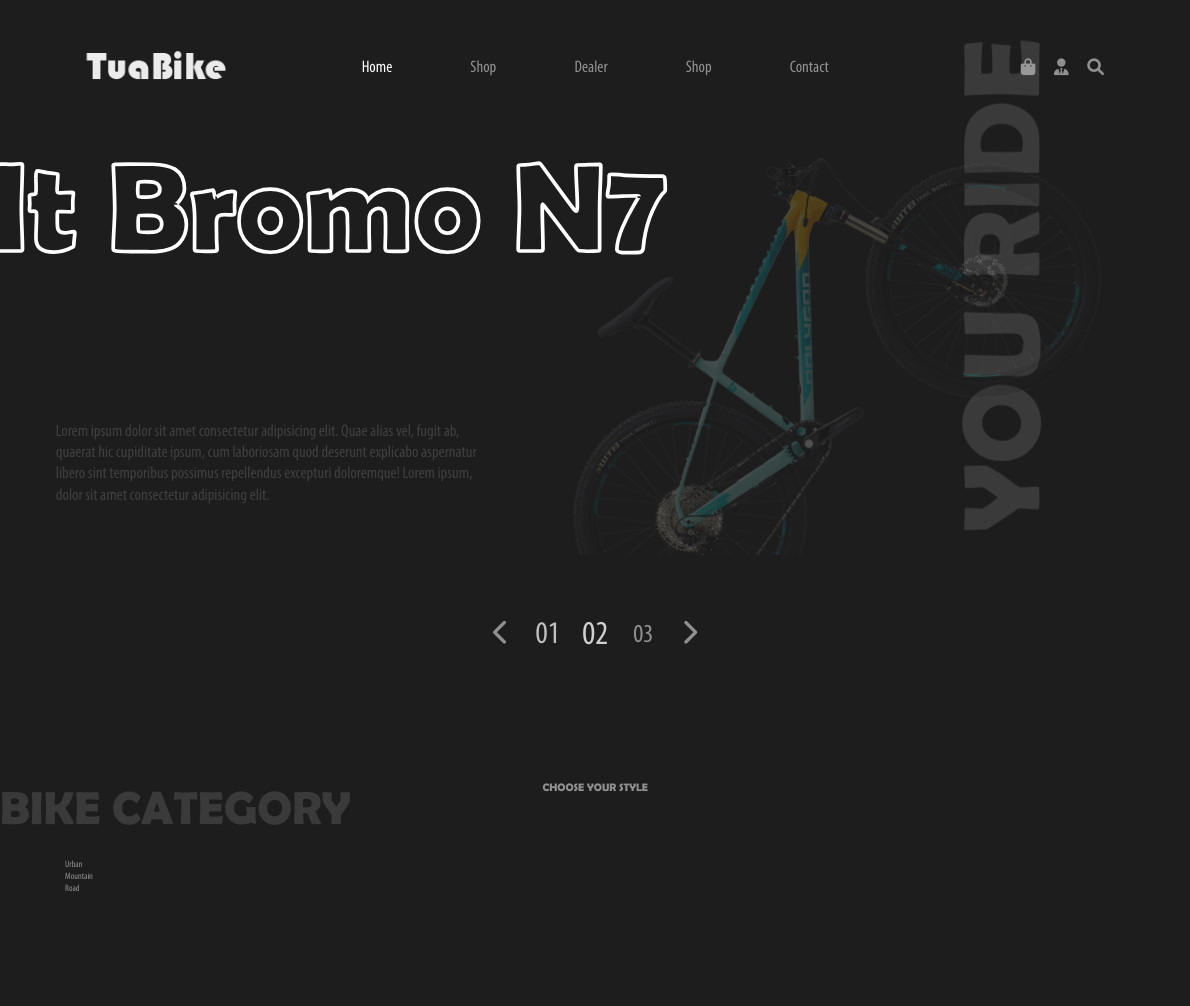
Repository: phamhuuloc/TourBike
Page: index.html
These files come from the project's save history. The page is drawn as it stood at one moment and after the next save; the edit follows.
The browser window is 1280 px wide. The pictures show the whole page, at 93% of full size.

Above is the page before, as saved 2021-11-06 09:48:37.

After the next save:
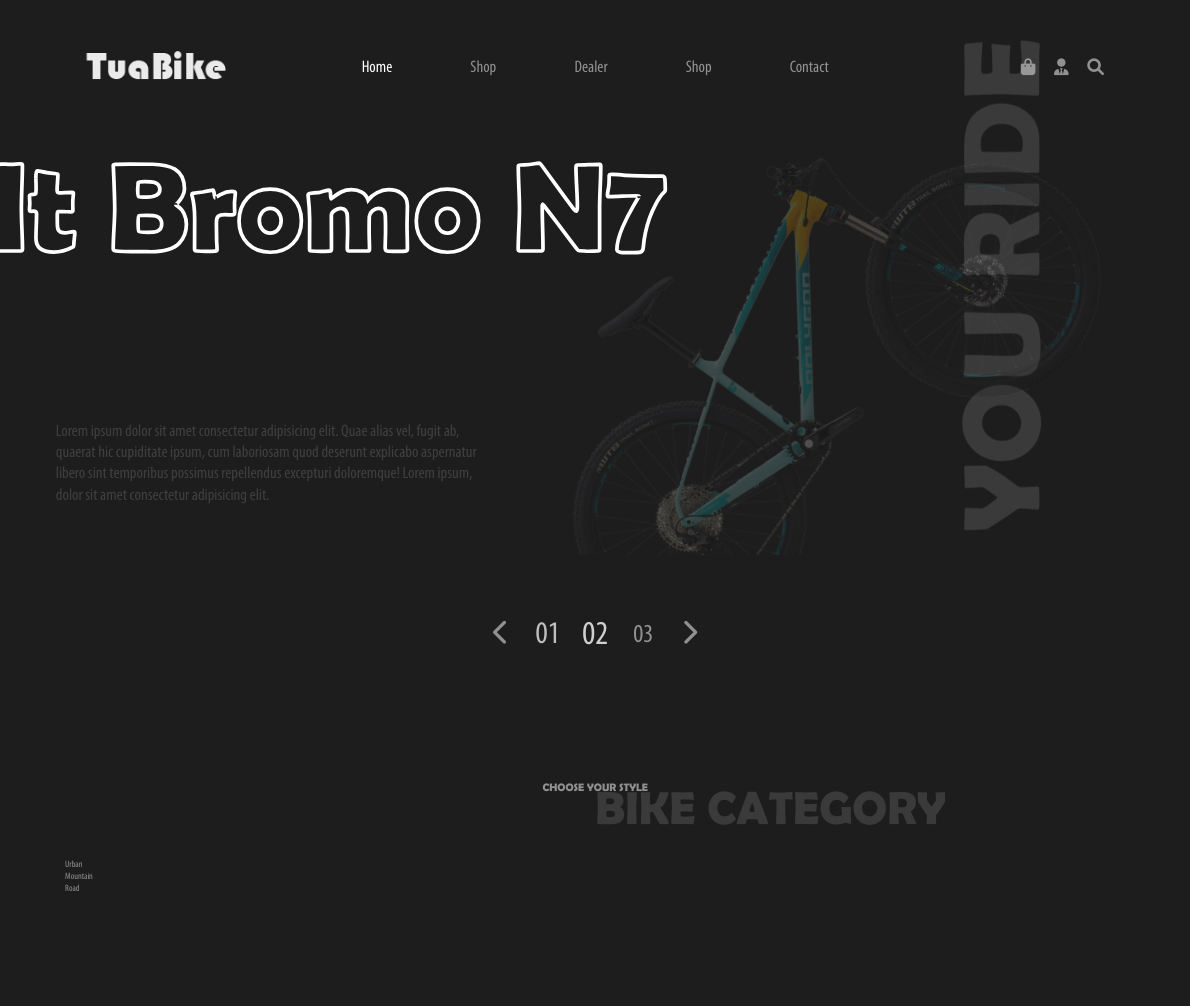
Saved 10 s later.
--- a/assets/css/main.css
+++ b/assets/css/main.css
@@ -246,4 +246,5 @@
   color: var(--second-color);
   position: absolute;
   top: 0;
-}
+  left: 50%;
+}
